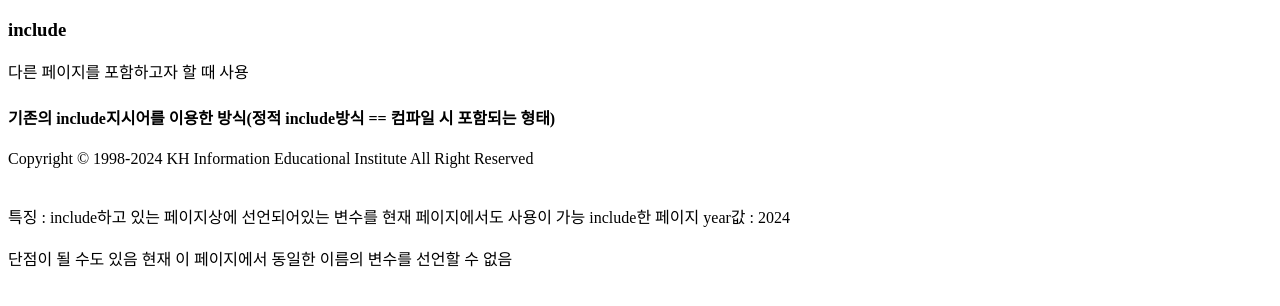
Repository: judeyong/myWebWorkSpace2
Page: http://localhost/Action_Project/views/StandardAction/01_include.jsp
These files come from the project's save history. The page is drawn as it stood at one moment and after a run of saves; the edit follows.
The browser window is 1280 px wide. The pictures show the whole page.
The page is served by Tomcat 9. Other server files are loaded and not shown.

Above is the page before, as saved 2024-04-03 03:25:06.

### Action_Project/WebContent/views/StandardAction/01_include.jsp
<%@ page language="java" contentType="text/html; charset=UTF-8"
    pageEncoding="UTF-8"%>
<!DOCTYPE html>
<html>
<head>
<meta charset="UTF-8">
<title>Insert title here</title>
</head>
<body>

	<h3>include</h3>

	<p>
		다른 페이지를 포함하고자 할 때 사용
	</p>

	<h4>기존의 include지시어를 이용한 방식(정적 include방식 == 컴파일 시 포함되는 형태)</h4>

	<%@ include file="footer.jsp" %>
	<br><br>

	특징 : include하고 있는 페이지상에 선언되어있는 변수를 현재 페이지에서도 사용이 가능

	include한 페이지 year값 : <%= year %><br><br>

	단점이 될 수도 있음
	현재 이 페이지에서 동일한 이름의 변수를 선언할 수 없음 <br><br>
	<%

	%>



</body>
</html>

### Action_Project/WebContent/views/StandardAction/footer.jsp
<%@ page language="java" contentType="text/html; charset=UTF-8"
    pageEncoding="UTF-8"%>
    <%@ page import="java.text.SimpleDateFormat, java.util.Date" %>
<!DOCTYPE html>
<html>
<head>
<meta charset="UTF-8">
<title>나는 푸터야</title>
</head>
<body>
	<%
		// Date date = new Date();
		// 오늘 날짜
		// 오늘 날짜 기준으로 년도만 뽑아서 채워넣어야함
		// => SimpleDateFormat
		String year = new SimpleDateFormat("yyyy").format(new Date());
	%>

	Copyright © 1998-<%= year %> KH Information Educational Institute All Right Reserved

	<br>

</body>
</html>

After the next 2 saves:
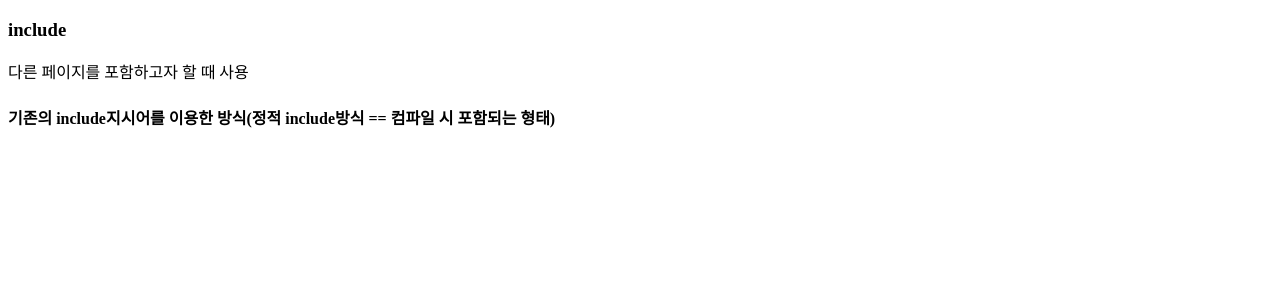
The 2 saves are shown as one change because 1 did not build or start.
The last was saved 34 s later.
--- a/Action_Project/WebContent/views/StandardAction/01_include.jsp
+++ b/Action_Project/WebContent/views/StandardAction/01_include.jsp
@@ -15,7 +15,7 @@
 	</p>
 
 	<h4>기존의 include지시어를 이용한 방식(정적 include방식 == 컴파일 시 포함되는 형태)</h4>
-
+	<%--
 	<%@ include file="footer.jsp" %>
 	<br><br>
 
@@ -26,9 +26,9 @@
 	단점이 될 수도 있음
 	현재 이 페이지에서 동일한 이름의 변수를 선언할 수 없음 <br><br>
 	<%
-
+		String year = "222";
 	%>
-
+	--%>
 
 
 </body>
